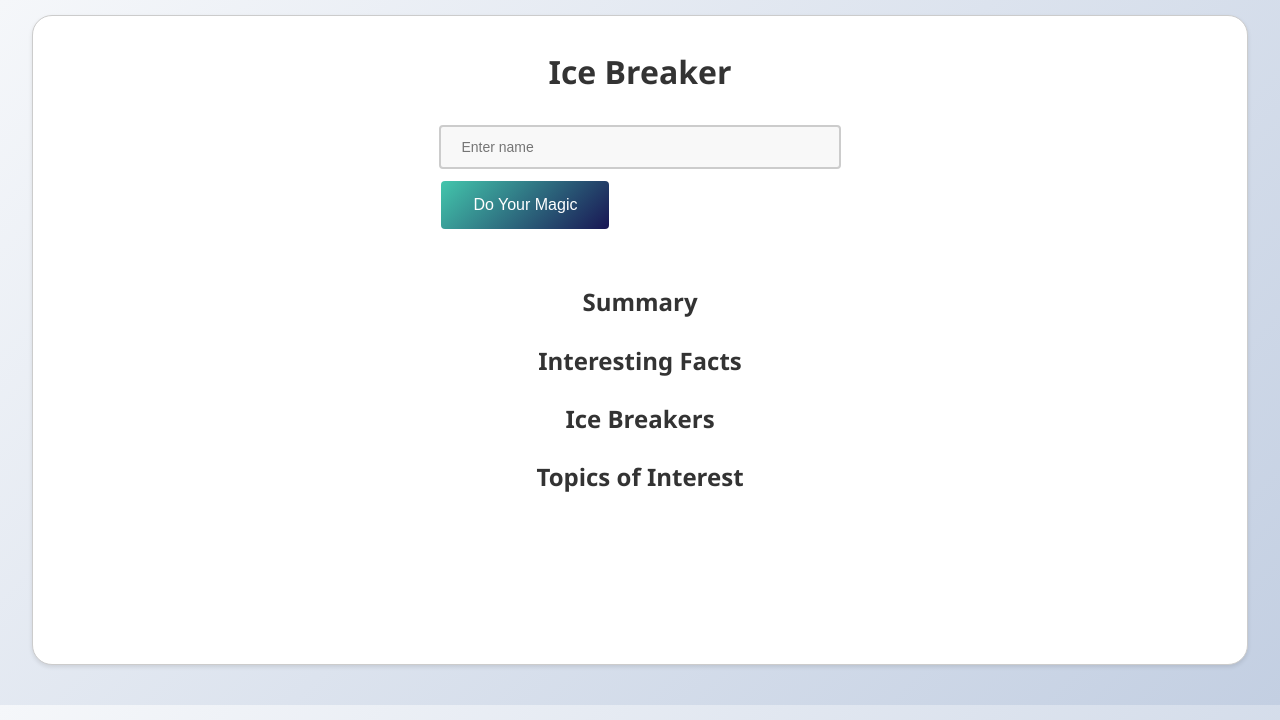
Repository: kunal02kb/Minor-Project-LangCahin
Page: http://localhost/
These files come from the project's save history. The page is drawn as it stood at one moment and after the next save; the edit follows.
The browser window is 1280 px wide. The pictures show the whole page.
Some web libraries are served in a nearby version. The page is served by the project's application, run on Flask 3 (app.py). Other server files are loaded and not shown.

Above is the page before, as saved 2023-09-27 08:30:33.

### templates/index.html
<!DOCTYPE html>
<html lang="en">
<head>
    <meta charset="UTF-8">
    <meta name="viewport" content="width=device-width, initial-scale=1.0">
    <link rel="stylesheet" href="{{ url_for('static', filename='css/style.css') }}">
    <script src="https://code.jquery.com/jquery-3.6.0.min.js"></script>
    <title>Ice Breaker</title>
    <link rel="stylesheet" href="https://cdnjs.cloudflare.com/ajax/libs/font-awesome/6.1.0/css/all.min.css" />
    <div class="spinner-container" id="spinner-container" style="display: none;">
        <i id="loading-spinner" class="fas fa-spinner fa-spin"></i>
    </div>
</head>
<body>
    <div class="container">
        <h1>Ice Breaker</h1>
        <form id="name-form">
            <input type="text" id="name" name="name" placeholder="Enter name">
            <button id="magic-button" type="submit">Do Your Magic</button>
        </form>
        <div id="result">
            <img id="profile-pic" src="" alt="Profile Picture" style="display: none; max-width: 100%; height: auto; border-radius: 50%; margin-bottom: 20px;">
            <h2>Summary</h2>
            <p id="summary-and-facts"></p>
            <h2>Interesting Facts</h2>
            <div id="interests"></div>
            <h2>Ice Breakers</h2>
            <div id="ice-breakers"></div>
            <h2>Topics of Interest</h2>
            <div id="topics-of-interest"></div>
        </div>
    </div>
    <script>
        $(document).ready(function () {
            $('#name-form').on('submit', function (e) {
                e.preventDefault();
                $('#spinner-container').show();
                $.ajax({
                    url: '/process',
                    data: $('#name-form').serialize(),
                    type: 'POST',
                    success: function (response) {
                        $('#profile-pic').attr('src', response.picture_url); // Update the profile picture src attribute
                        $('#profile-pic').show(); // Show the profile picture
                        $('#summary-and-facts').text(response.summary);
                        $('#interests').html('<ul>' + response.facts.map(fact => '<li>' + fact + '</li>').join('') + '</ul>');
                        $('#ice-breakers').html('<ul>' + response.ice_breakers.map(ice_breaker => '<li>' + ice_breaker + '</li>').join('') + '</ul>');
                        $('#topics-of-interest').html('<ul>' + response.interests.map(topic => '<li>' + topic + '</li>').join('') + '</ul>');
                    },
                    error: function (error) {
                        console.log(error);
                    },
                    complete: function () {
                        $('#spinner-container').hide();
                    }
                });
            });
        });
    </script>
</body>
</html>

### app.py
from flask import Flask, render_template, request, jsonify
from ice_breaker import ice_break

app = Flask(__name__)


@app.route("/")
def index():
    return render_template("index.html")


@app.route("/process", methods=["POST"])
def process():
    name = request.form["name"]
    person_info, profile_pic_url = ice_break(name=name)

    # print(person_info.summary)
    # print( person_info.topic_of_interest)
    # print( person_info.facts)
    # print( person_info.ice_breaker)
    # print(profile_pic_url)

    return jsonify(
        {
            "summary": person_info.summary,
            "interests": person_info.topic_of_interest,
            "facts": person_info.facts,
            "ice_breakers": person_info.ice_breaker,
            "picture_url": profile_pic_url,
        }
    )


if __name__ == "__main__":
    app.run(host="0.0.0.0", debug=True)

### static/css/style.css

* {
    box-sizing: border-box;
    margin: 0;
    padding: 0;
}

body {
    font-family: 'Segoe UI', Tahoma, Geneva, Verdana, sans-serif;
    background-color: #f5f5f5;
    color: #333;
    line-height: 1.6;
    height: auto;
    min-height: 690px;
}

.container {
    width: 95%;
    min-height: 650px;
    margin: 15px auto;
    padding: 30px;
    background-color: #ffffff;
    box-shadow: 0 2px 4px rgba(0, 0, 0, 0.1);
    border: 1px solid #ccc;
    border-radius: 20px;
    display: flex;
    flex-direction: column;
    align-items: center;
}

h1 {
    font-size: 32px;
    margin-bottom: 20px;
}

input[type="text"] {
    width: 100%;
    padding: 12px 20px;
    margin: 8px 0;
    box-sizing: border-box;
    border: 2px solid #ccc;
    border-radius: 4px;
    background-color: #f8f8f8;
    font-size: 14px;
}

button {
    background-color: #4caf50;
    border: none;
    color: white;
    padding: 15px 32px;
    text-align: center;
    text-decoration: none;
    display: inline-block;
    font-size: 16px;
    margin: 4px 2px;
    cursor: pointer;
    border-radius: 4px;
    transition: 0.3s;
}

button:hover {
    background-color: #45a049;
}

#result {
    margin-top: 30px;
    width: 100%;
    text-align: center;
}


#loading {
  display: none;
  position: fixed;
  top: 0;
  right: 0;
  bottom: 0;
  left: 0;
  z-index: 999;
  background-color: rgba(255, 255, 255, 0.8);
}

.loader {
  position: absolute;
  top: 50%;
  left: 50%;
  transform: translate(-50%, -50%);
  border: 8px solid #f3f3f3;
  border-top: 8px solid #3498db;
  border-radius: 50%;
  width: 50px;
  height: 50px;
  animation: spin 2s linear infinite;
}

p {
    font-size: 18px;
    margin-bottom: 10px;
}

h2 {
    font-size: 24px;
    margin-bottom: 10px;
    margin-top: 20px;
}


/* style.css */

/* Add or update this in your style.css file */

body {
    font-family: 'Segoe UI', Tahoma, Geneva, Verdana, sans-serif;
    background-color: #f5f5f5;
    color: #333;
    line-height: 1.6;
    background-image: linear-gradient(135deg, #f5f7fa 0%, #c3cfe2 100%);
}

.spinner-container {
    position: fixed;
    display: flex;
    align-items: center;
    justify-content: center;
    top: 0;
    right: 0;
    bottom: 0;
    left: 0;
    z-index: 999;
}

#loading-spinner {
    font-size: 48px;
}

button {
    background-color: #4caf50;
    background-image: linear-gradient(135deg, #43c6ac 0%, #191654 100%);
    border: none;
    color: white;
    padding: 15px 32px;
    text-align: center;
    text-decoration: none;
    display: inline-block;
    font-size: 16px;
    margin: 4px 2px;
    cursor: pointer;
    border-radius: 4px;
    transition: 0.3s;
}

After the next save:
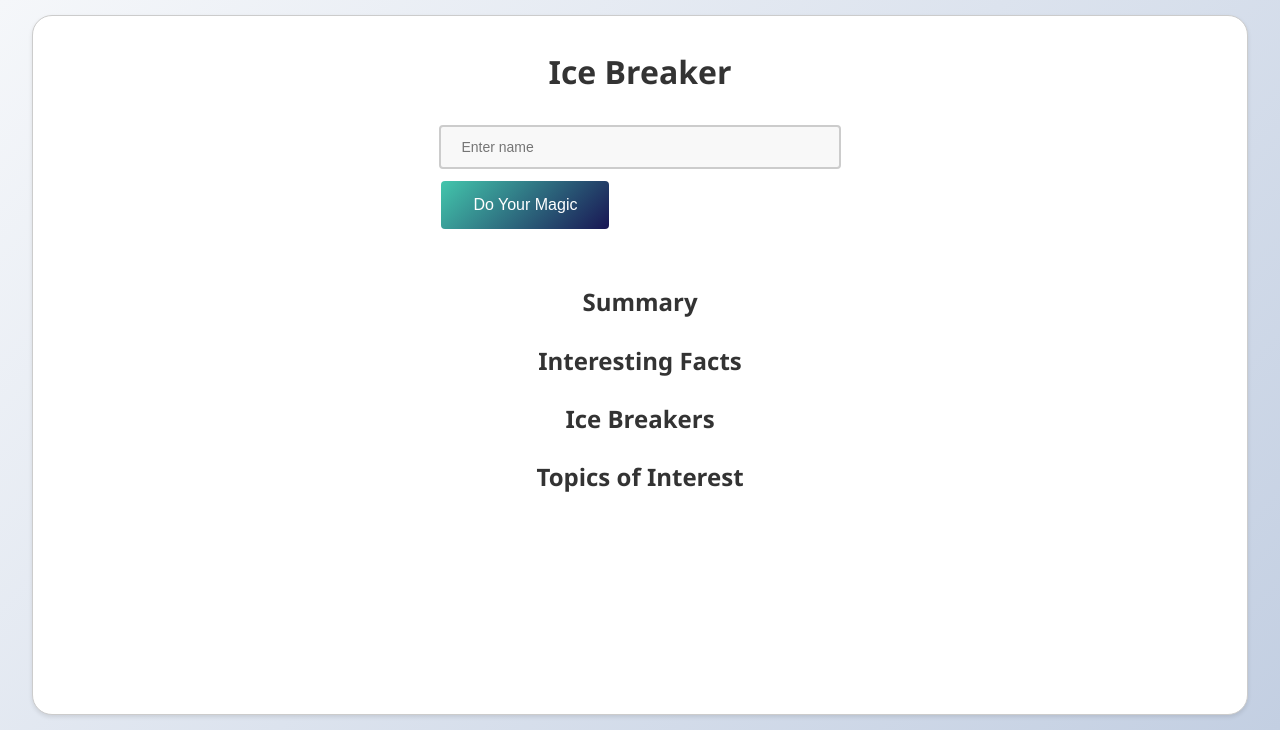
Saved 30 s later.
--- a/static/css/style.css
+++ b/static/css/style.css
@@ -16,7 +16,7 @@ body {
 
 .container {
     width: 95%;
-    min-height: 650px;
+    min-height: 700px;
     margin: 15px auto;
     padding: 30px;
     background-color: #ffffff;
